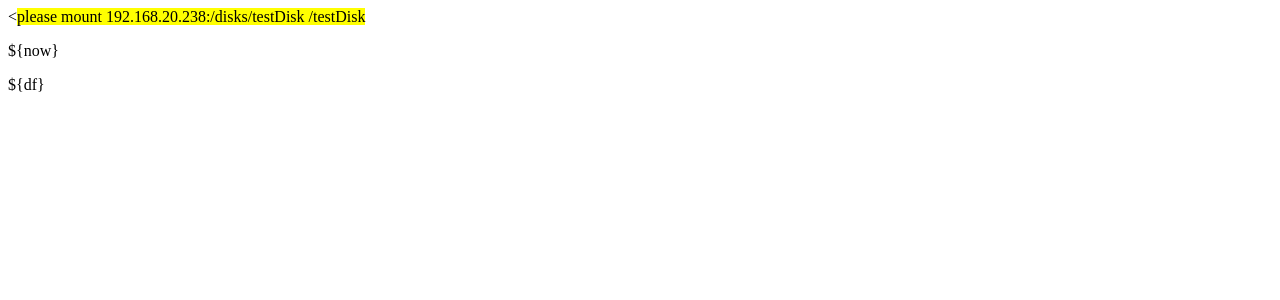
Repository: tttt1213/BIOSversion
Page: main.html
These files come from the project's save history. The page is drawn as it stood at one moment and after the next save; the edit follows.
The browser window is 1280 px wide. The pictures show the whole page.

Above is the page before, as saved 2023-04-03 14:05:55.

### main.html
<html>
    <head>
        <title>マザーボード一覧</title>
    </head>
    <body>
        <<span style="background:yellow">please mount 192.168.20.238:/disks/testDisk /testDisk</span>
        <p>${now}</p>
        <p>${df}</p>
    </body>
</html>

After the next save:
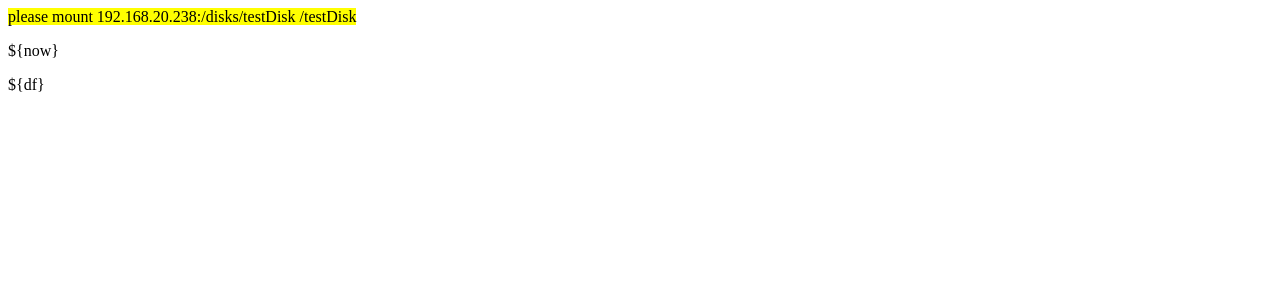
Saved 20 s later.
--- a/main.html
+++ b/main.html
@@ -3,7 +3,7 @@
         <title>マザーボード一覧</title>
     </head>
     <body>
-        <<span style="background:yellow">please mount 192.168.20.238:/disks/testDisk /testDisk</span>
+        <span style="background:yellow">please mount 192.168.20.238:/disks/testDisk /testDisk</span>
         <p>${now}</p>
         <p>${df}</p>
     </body>
